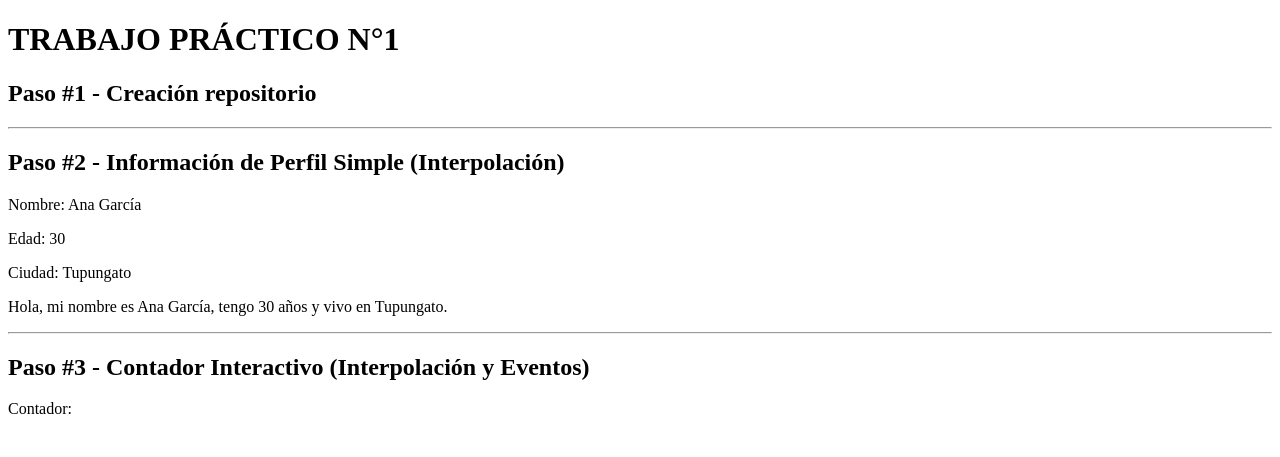
Repository: SofiaSferco/PWA
Page: practico01/index.html
The author's editor kept a copy of each file at every save. The page is drawn from the files as they stood at one save, then again after the next save.
The browser window is 1280 px wide. The pictures show the whole page.

Above is the page before, as saved 2025-10-02 22:17:20.

### practico01/index.html
<!DOCTYPE html>
<html lang="en">
<head>
    <meta charset="UTF-8">
    <title>Trabajo Práctico 1</title>
    <script src="https://unpkg.com/vue@3/dist/vue.global.js"></script>
</head>
<body>
    <div id="app">
        <h1>TRABAJO PRÁCTICO N°1</h1>
        <h2>Paso #1 - Creación repositorio</h2>
        <hr>
        <h2>{{ segundopaso }}</h2>
            <p>Nombre: {{ nombre }}</p>
            <p>Edad: {{ edad }}</p>
            <p>Ciudad: {{ ciudad }}</p>
            <p>Hola, mi nombre es {{ nombre }}, tengo {{ edad }} años y vivo en {{ ciudad }}.</p>
        <hr>
        <h2>{{ tercerpaso }}</h2>
            <p>Contador: </p>

    </div>
    <script>
        const { createApp } = Vue;
        createApp({
            data() {
                return {
                    segundopaso: 'Paso #2 - Información de Perfil Simple (Interpolación)',
                    nombre: 'Ana García',
                    edad: 30,
                    ciudad: 'Tupungato',
                    tercerpaso: 'Paso #3 - Contador Interactivo (Interpolación y Eventos)',
                    contador: 0
                }
            }
        }).mount('#app');
    </script>
</body>
</html>

After the next save:
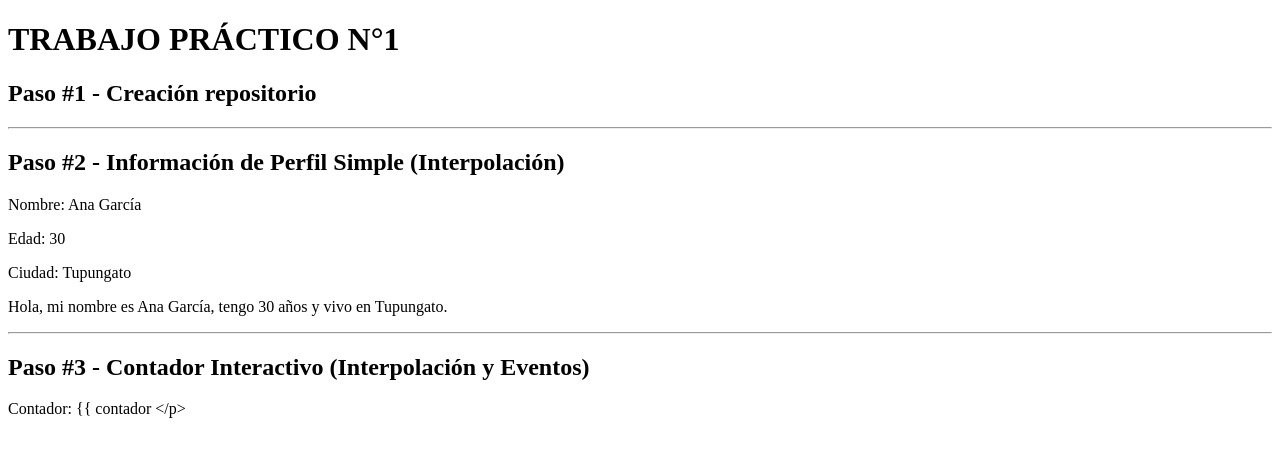
Saved 7 s later.
--- a/practico01/index.html
+++ b/practico01/index.html
@@ -17,7 +17,7 @@
             <p>Hola, mi nombre es {{ nombre }}, tengo {{ edad }} años y vivo en {{ ciudad }}.</p>
         <hr>
         <h2>{{ tercerpaso }}</h2>
-            <p>Contador: </p>
+            <p>Contador: {{ contador </p>
 
     </div>
     <script>
